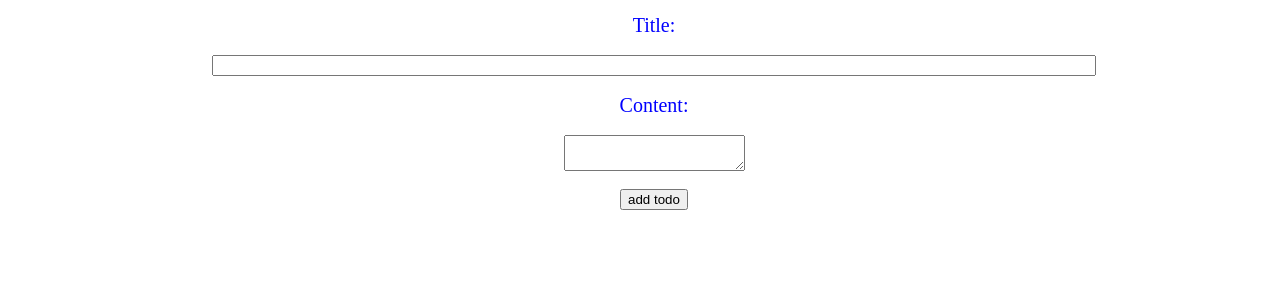
Repository: gabe126679/todo-list
Page: index.html
An editor plug-in stored every save of this project. The page is shown before and after the next save, followed by the edit.
The browser window is 1280 px wide. The page is 1288 px wide, so the pictures cover 1288 px, including what lies to the right of the window. The pictures show the whole page.

Above is the page before, as saved 2022-03-15 15:46:12.

After the next save:
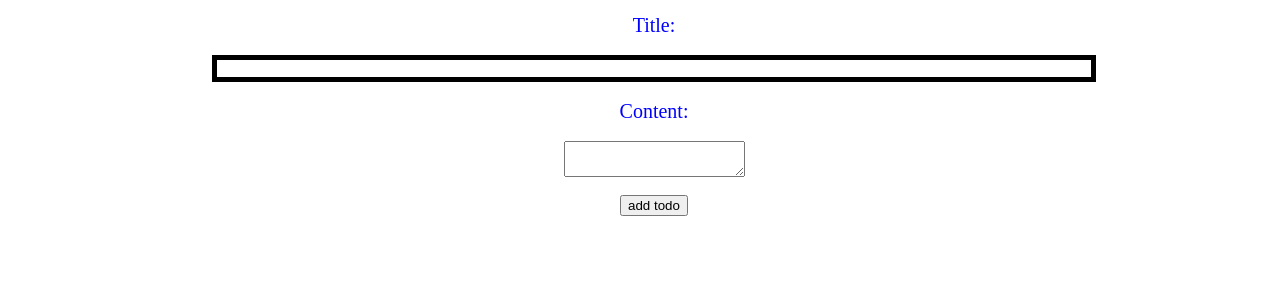
Saved 15 s later.
--- a/index.html
+++ b/index.html
@@ -35,6 +35,7 @@
         }
         #title {
             width: 70%;
+            border: 5px solid #000;
         }
         #content {
 
